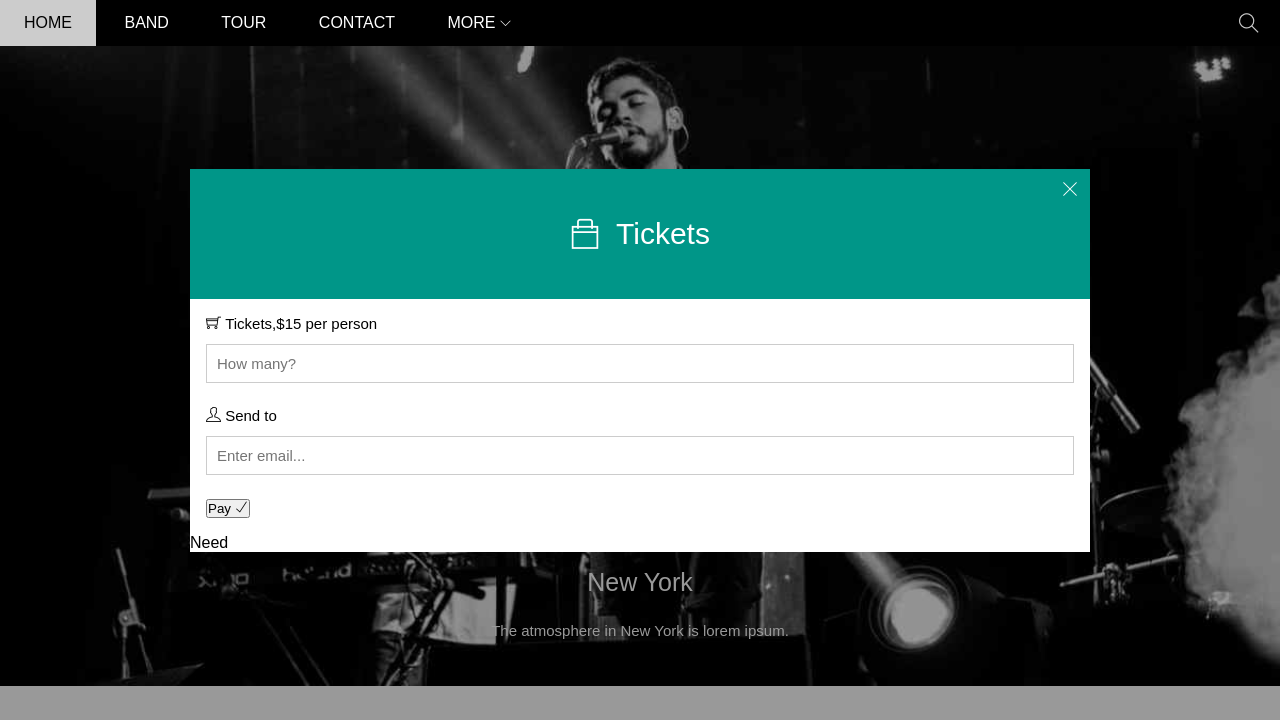
Repository: BrandonTuan777/The_Band
Page: index.html
These files come from the project's save history. The page is drawn as it stood at one moment and after the next save; the edit follows.
The browser window is 1280 px wide. The pictures show the window.
A layer covers the whole window, so only the first screen is drawn.

Above is the page before, as saved 2022-04-17 21:39:59.

After the next save:
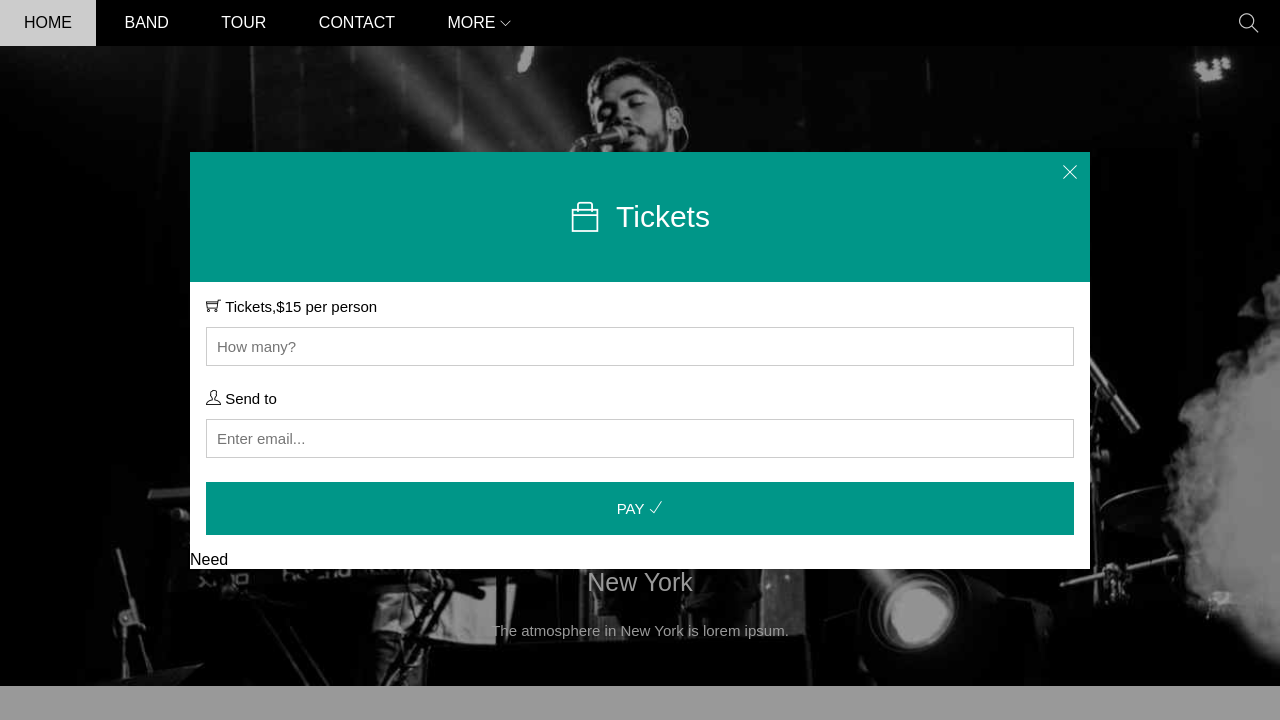
Saved 9 min 36 s later.
--- a/assets/css/styles.css
+++ b/assets/css/styles.css
@@ -455,3 +455,13 @@ header.modal-header {
   margin-bottom: 24px;
 
 }
+
+button#buy-tickets {
+  width: 100%;
+  background-color: #009688;
+  border: none;
+  padding: 18px;
+  color: #fff;
+  font-size: 15px;
+  text-transform: uppercase;
+}
